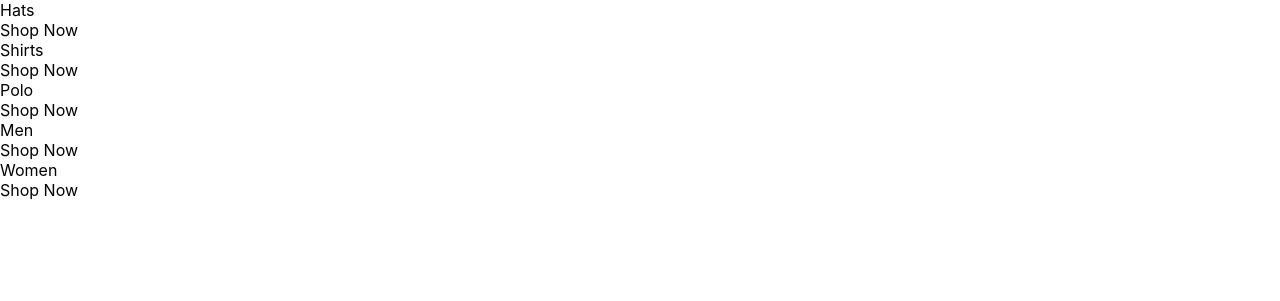
Repository: Syfon01/onestop
Page: /
An editor plug-in stored every save of this project. The page is shown before and after a run of saves, followed by the edit.
The browser window is 1280 px wide. The pictures show the whole page.
The project was rebuilt for these pictures with package versions that can differ from the ones it lists, and the page was loaded fresh each time. Also part of the build but not shown: src/App.css.

Above is the page before, as saved 2020-07-24 16:07:23.

After the next 2 saves:
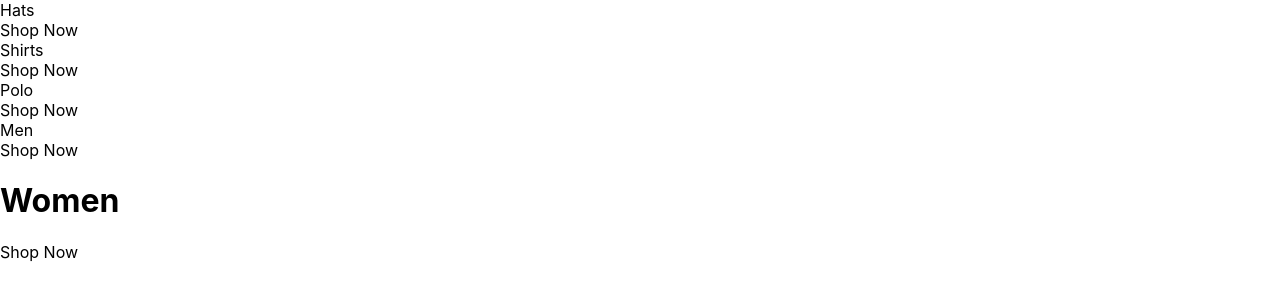
The 2 saves are shown as one change because 1 did not build or start.
The last was saved 12 s later.
--- a/src/Homepage.js
+++ b/src/Homepage.js
@@ -29,7 +29,7 @@ const HomePage = () => {
     </div>
     <div className="menu-item">
       <div className="content">
-        <div className="title">Women</div>
+        <h1 className="title">Women</h1>
         <div className="subtitle">Shop Now</div>
       </div>
     </div>
